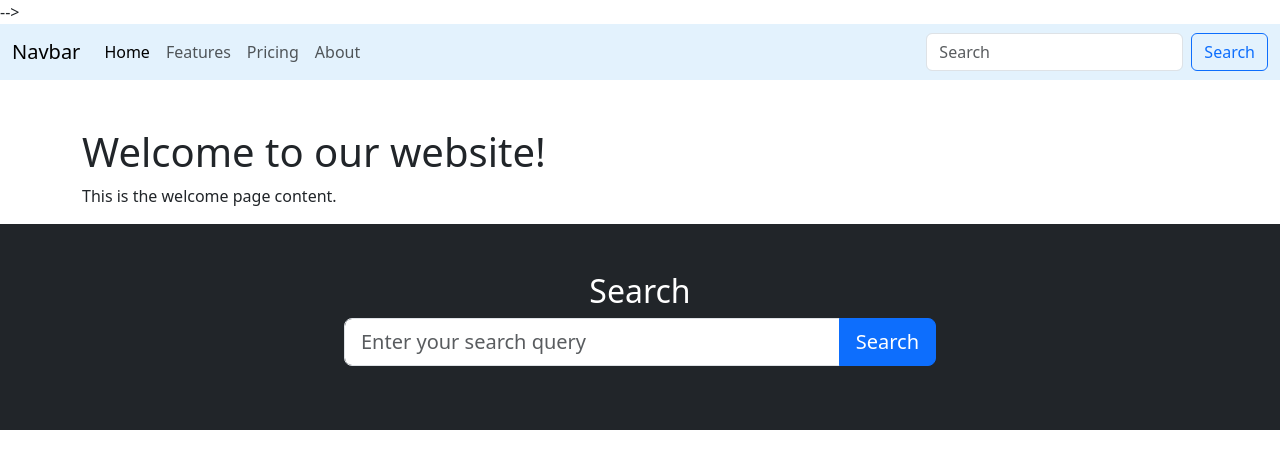
Repository: gyfffffff/meishimeike_test
Page: meishimeike/hello.html
These files come from the project's save history. The page is drawn as it stood at one moment and after a run of saves; the edit follows.
The browser window is 1280 px wide. The pictures show the whole page.

Above is the page before, as saved 2023-07-13 10:51:18.

### meishimeike/hello.html
<!DOCTYPE html>
<html lang="en">

<head>
    <meta charset="UTF-8">
    <meta name="viewport" content="width=device-width, initial-scale=1.0">
    <link rel="stylesheet" href="https://cdn.jsdelivr.net/npm/bootstrap@5.3.0/dist/css/bootstrap.min.css">
    <style>
        /* <!-- .navbar {
            margin-right: 200px;
            /* 调整导航栏与其他内容的间距 */
        } */

        .navbar-nav li {
            margin-right: 100px;
            /* 调整右侧间距 */
        }
    </style> -->

    <title>美食每刻</title>
</head>

<body>
<nav class="navbar navbar-expand-lg" style="background-color: #e3f2fd;" data-bs-theme="light">
    <div class="container-fluid">
        <a class="navbar-brand" href="#">Navbar</a>
        <button class="navbar-toggler collapsed" type="button" data-bs-toggle="collapse" data-bs-target="#navbarColor03"
            aria-controls="navbarColor03" aria-expanded="false" aria-label="Toggle navigation">
            <span class="navbar-toggler-icon"></span>
        </button>
        <div class="navbar-collapse collapse" id="navbarColor03" style="">
            <ul class="navbar-nav me-auto mb-2 mb-lg-0">
                <li class="nav-item">
                    <a class="nav-link active" aria-current="page" href="#">Home</a>
                </li>
                <li class="nav-item">
                    <a class="nav-link" href="#">Features</a>
                </li>
                <li class="nav-item">
                    <a class="nav-link" href="#">Pricing</a>
                </li>
                <li class="nav-item">
                    <a class="nav-link" href="#">About</a>
                </li>
            </ul>
            <form class="d-flex" role="search">
                <input class="form-control me-2" type="search" placeholder="Search" aria-label="Search">
                <button class="btn btn-outline-primary" type="submit">Search</button>
            </form>
        </div>
    </div>
</nav>

    <div class="container mt-5">
        <h1>Welcome to our website!</h1>
        <p>This is the welcome page content.</p>
    </div>

    <div class="container-fluid bg-dark text-center p-5">
        <h2 class="text-white">Search</h2>
        <div class="input-group mb-3 w-50 mx-auto">
            <input type="text" class="form-control form-control-lg" placeholder="Enter your search query">
            <button class="btn btn-primary btn-lg" type="button">Search</button>
        </div>
    </div>

    <script src="https://cdn.jsdelivr.net/npm/bootstrap@5.3.0/dist/js/bootstrap.bundle.min.js"></script>
</body>

</html>

After the next 2 saves:
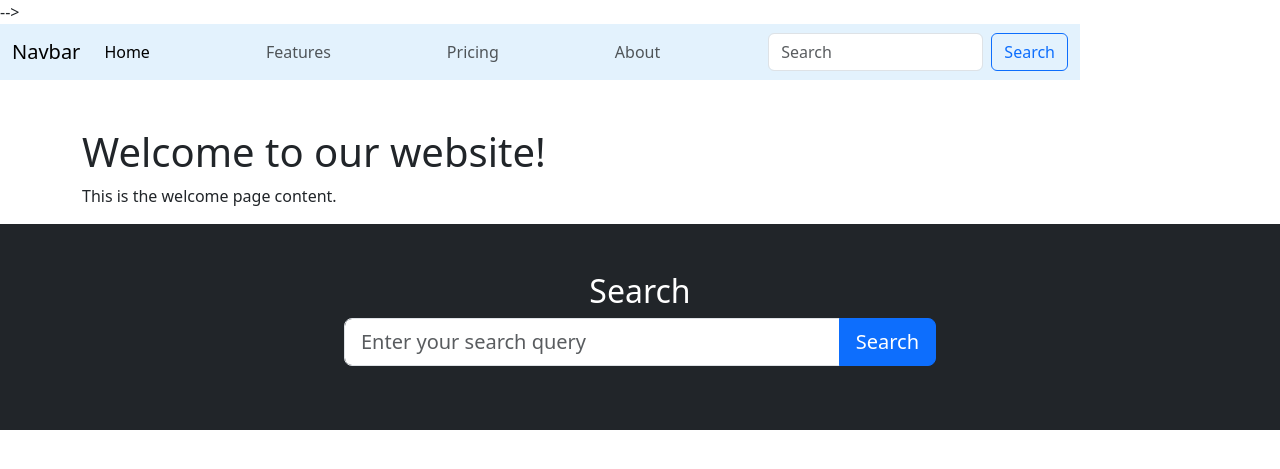
The 2 saves are shown as one change because they came seconds apart.
The last was saved 13 s later.
--- a/meishimeike/hello.html
+++ b/meishimeike/hello.html
@@ -6,10 +6,10 @@
     <meta name="viewport" content="width=device-width, initial-scale=1.0">
     <link rel="stylesheet" href="https://cdn.jsdelivr.net/npm/bootstrap@5.3.0/dist/css/bootstrap.min.css">
     <style>
-        /* <!-- .navbar {
+        <!-- .navbar {
             margin-right: 200px;
             /* 调整导航栏与其他内容的间距 */
-        } */
+        }
 
         .navbar-nav li {
             margin-right: 100px;

After the 2 saves that followed:
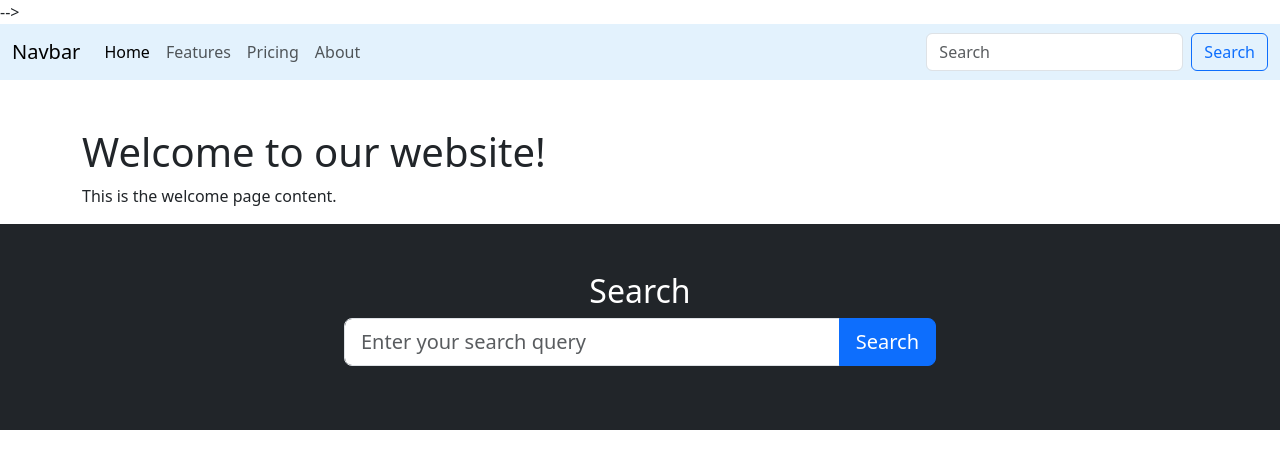
The 2 saves are shown as one change because 1 left the picture as it was.
The last was saved 8 s later.
--- a/meishimeike/hello.html
+++ b/meishimeike/hello.html
@@ -6,10 +6,10 @@
     <meta name="viewport" content="width=device-width, initial-scale=1.0">
     <link rel="stylesheet" href="https://cdn.jsdelivr.net/npm/bootstrap@5.3.0/dist/css/bootstrap.min.css">
     <style>
-        <!-- .navbar {
+        /* .navbar {
             margin-right: 200px;
             /* 调整导航栏与其他内容的间距 */
-        }
+        } */
 
         .navbar-nav li {
             margin-right: 100px;
